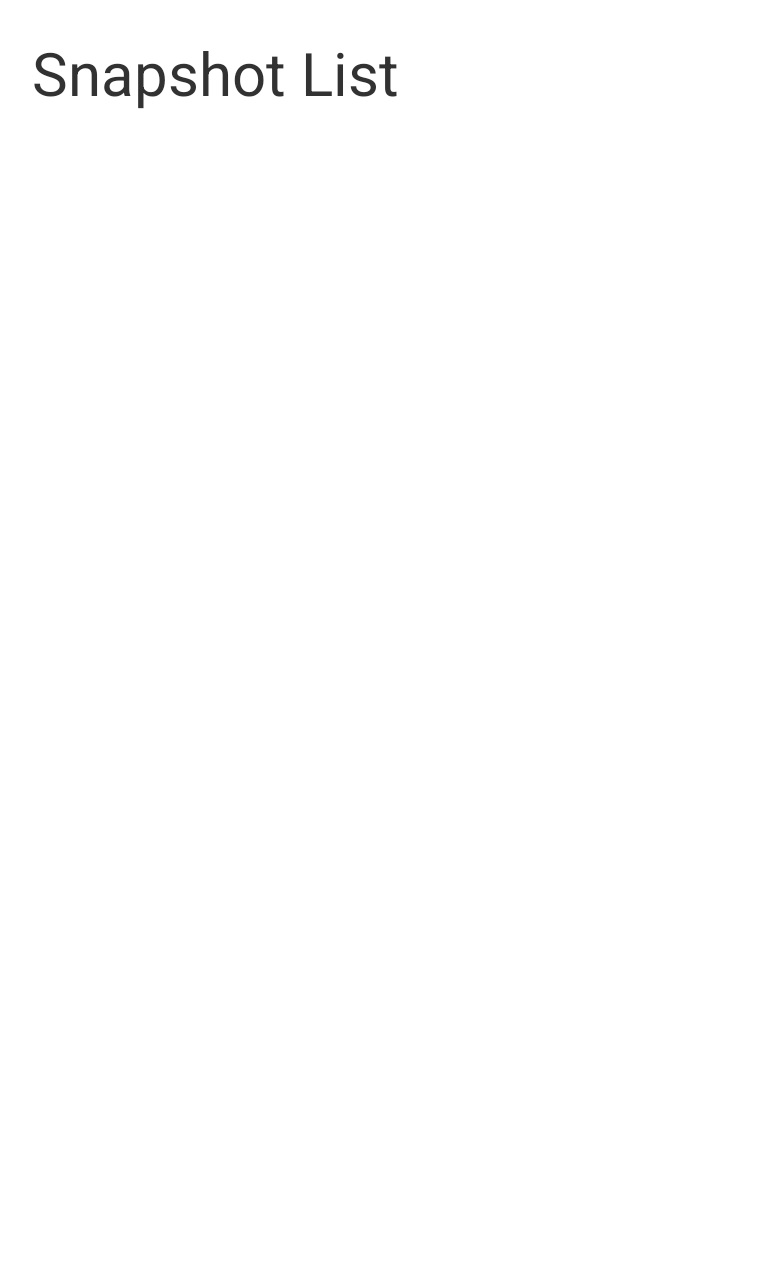
Repository: zzttt/LVM_BackupSol
Layout: TimeTraveler/res/layout/activity_srv_backup.xml
An editor plug-in stored every save of this project. The layout is shown before and after the next save, followed by the edit.
It is drawn on a 768 x 1280 px phone screen (xhdpi) without system bars, with theme AppTheme; the app's code is not run. Lists and similar views that code fills are empty.

Above is the layout before, as saved 2014-07-20 17:04:52.

### TimeTraveler/res/layout/activity_srv_backup.xml
<RelativeLayout xmlns:android="http://schemas.android.com/apk/res/android"
    xmlns:tools="http://schemas.android.com/tools"
    android:layout_width="match_parent"
    android:layout_height="match_parent"
    android:paddingBottom="@dimen/activity_vertical_margin"
    android:paddingLeft="@dimen/activity_horizontal_margin"
    android:paddingRight="@dimen/activity_horizontal_margin"
    android:paddingTop="@dimen/activity_vertical_margin"
    tools:context="com.example.timetraveler.SrvBackupActivity" >

    <TextView
        android:id="@+id/sListTitle"
        android:layout_width="match_parent"
        android:layout_height="wrap_content"
        android:text="Snapshot List"
        android:textSize="30sp" />

    <ListView
        android:id="@+id/lv_sList"
        android:layout_width="fill_parent"
        android:layout_height="wrap_content"
        android:layout_below="@id/sListTitle"
        android:background="#ff00ff" >
    </ListView>

</RelativeLayout>

Loaded but not shown: TimeTraveler/res/values/styles.xml (common file); TimeTraveler/res/values-v11/styles.xml (common file); TimeTraveler/res/values-v14/styles.xml (common file); TimeTraveler/res/values/dimens.xml (common file); TimeTraveler/res/values-w820dp/dimens.xml (common file)

After the next save:
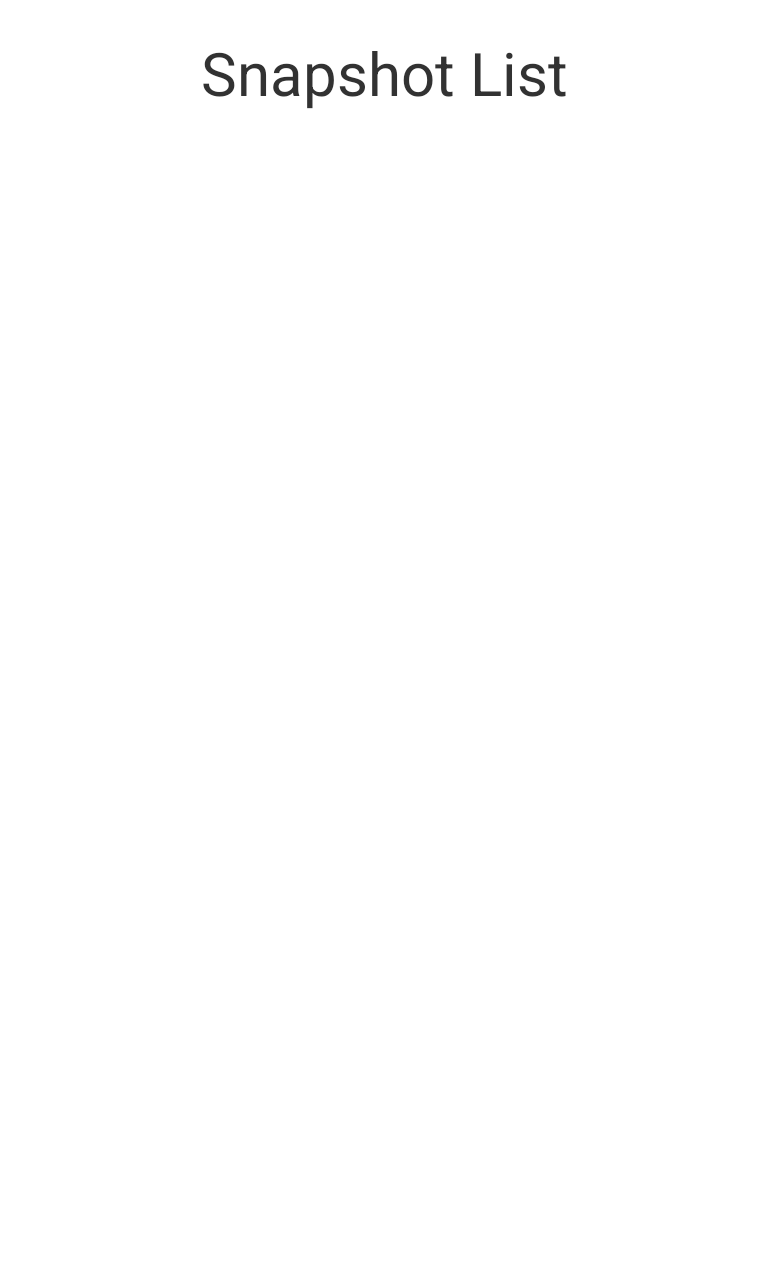
Saved 36 min 45 s later.
--- a/TimeTraveler/res/layout/activity_srv_backup.xml
+++ b/TimeTraveler/res/layout/activity_srv_backup.xml
@@ -13,7 +13,9 @@
         android:layout_width="match_parent"
         android:layout_height="wrap_content"
         android:text="Snapshot List"
-        android:textSize="30sp" />
+        android:textSize="30sp"
+        android:gravity="center"
+        />
 
     <ListView
         android:id="@+id/lv_sList"
